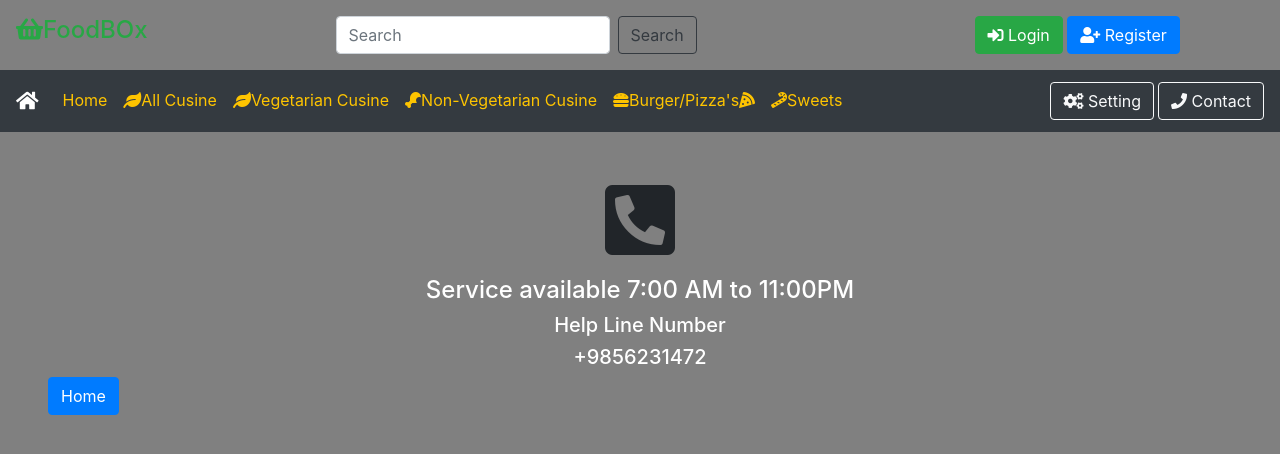
Repository: debjaniprofessional32/Capstone-Final-FoodBox-Delivery-Project
Page: http://localhost/OnlinFoodBOX/helpcenter.jsp
These files come from the project's save history. The page is drawn as it stood at one moment and after the next save; the edit follows.
The browser window is 1280 px wide. The pictures show the whole page.
Some web libraries are served in a nearby version. The page is served by Tomcat 9.

Above is the page before, as saved 2022-12-23 13:29:33.

After the next save:
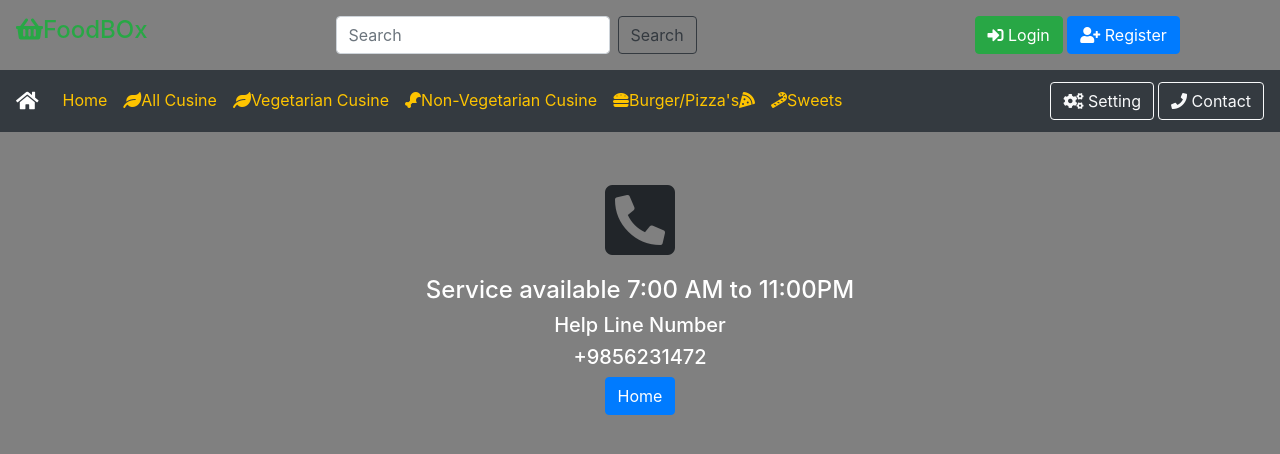
Saved 17 s later.
--- a/OnlinFoodBOX/src/main/webapp/helpcenter.jsp
+++ b/OnlinFoodBOX/src/main/webapp/helpcenter.jsp
@@ -15,8 +15,7 @@
 <h4 class="text-center text-white" >Service available 7:00 AM to 11:00PM</h4>
 <h5 class="text-center text-white">Help Line Number</h5>
 <h5 class="text-center text-white">+9856231472</h5>
-<a href="index.jsp" class="btn btn-primary text-center">Home</a>
-</p>
+<center><a href="index.jsp" class="btn btn-primary text-center">Home</a></center>
 </div>
 </body>
 </html>
